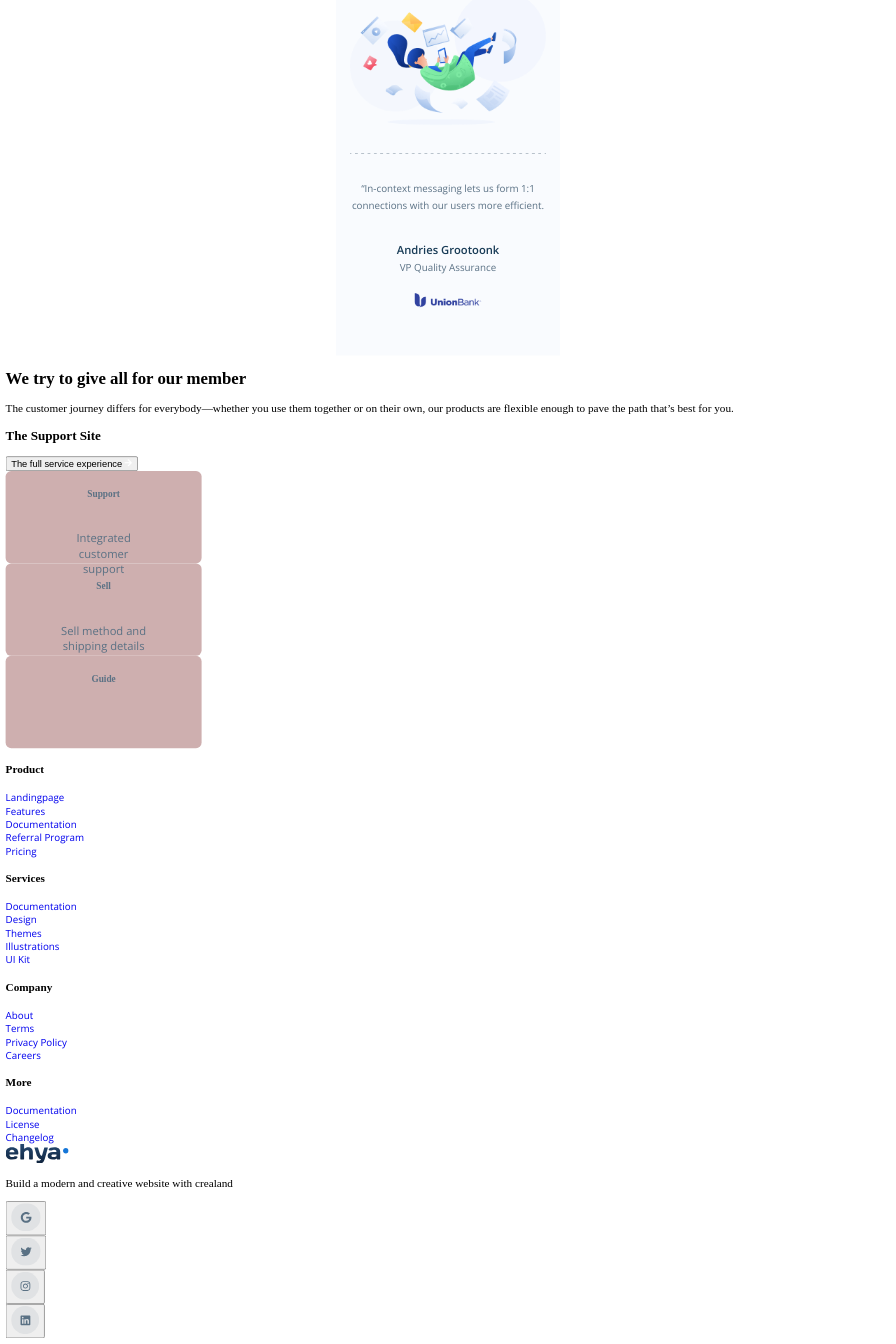
Repository: umlaufissss/provaFront
Page: HTML/index.html
An editor plug-in stored every save of this project. The page is shown before and after the next save, followed by the edit.
The browser window is 1280 px wide. The pictures show the part of the page from y = 2007 to 3927 px (the page is 3927 px tall), at 70% of full size.
Some web fonts or font styles are not loaded; a fallback is used.

Above is the page before, as saved 2026-06-22 19:37:22.

After the next save:
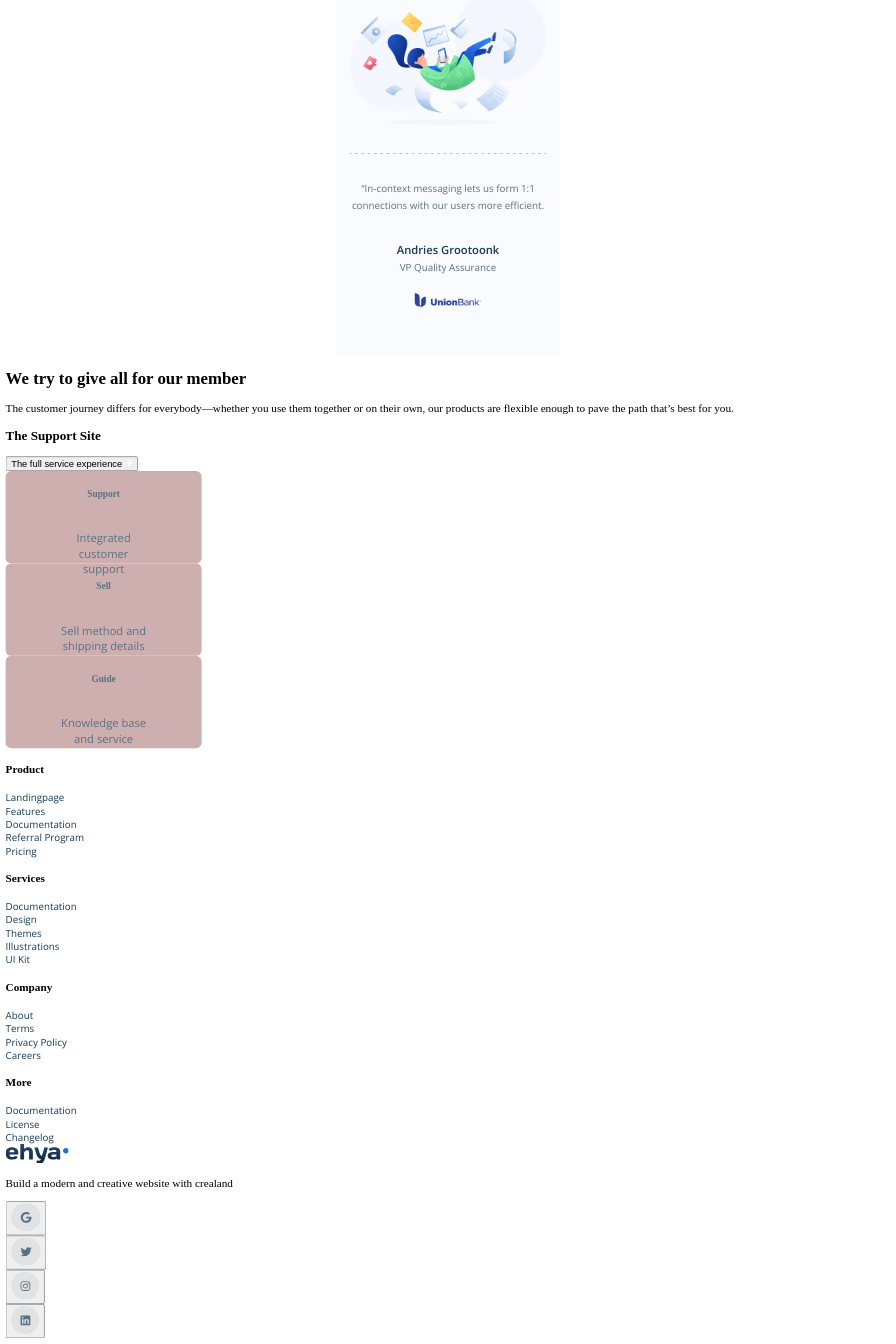
Saved 4 s later.
--- a/HTML/index.html
+++ b/HTML/index.html
@@ -176,7 +176,8 @@
 
                 <article class="card">
                     <h5>Guide</h5>
-                    <p>
+                    <p>Knowledge base
+                        and service
                     </p>
                 </article>
                 <article></article>
--- a/CSS/style.css
+++ b/CSS/style.css
@@ -335,7 +335,7 @@
 .cardFooter a{
     font-family: "Open Sans", sans-serif;
     font-size: 14px;
-    margin
+    margin:;
     color: var(--color-navy-blue);
     text-decoration: none;
 }
